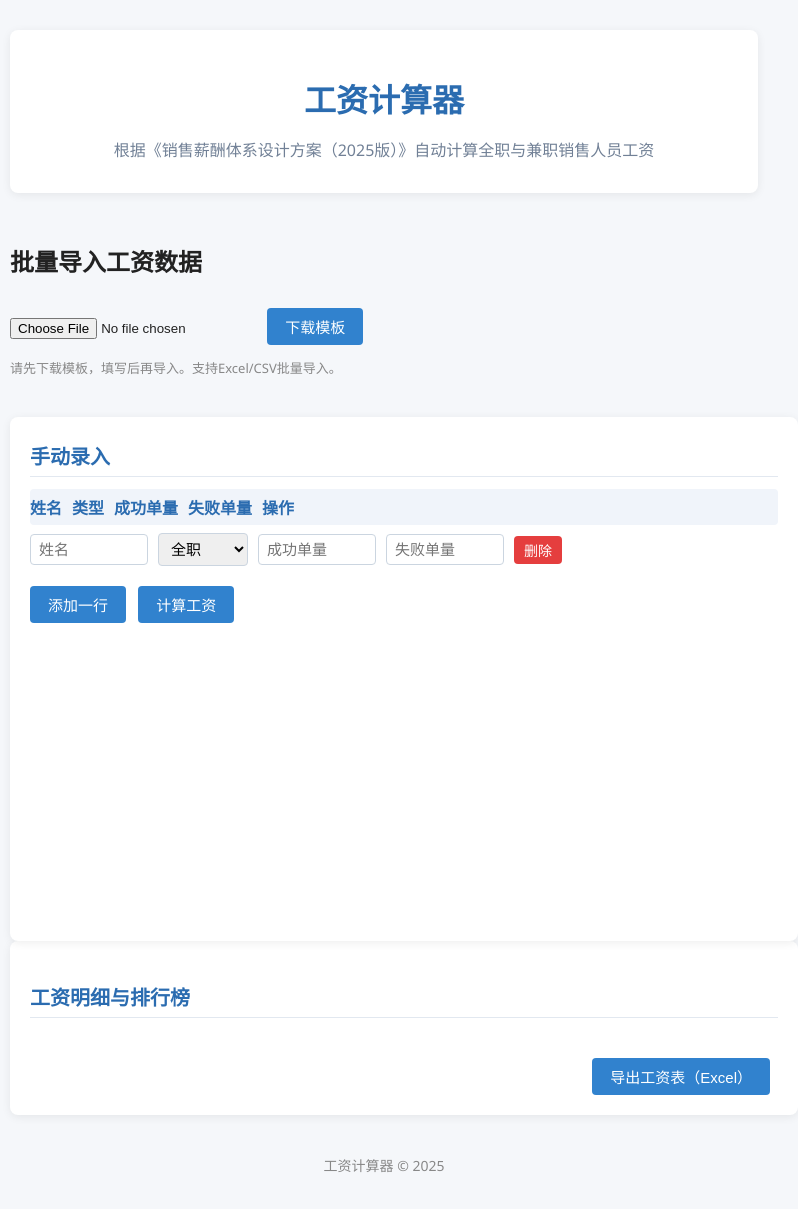
Repository: cuijianjun/ai_generate
Page: index.html
An editor plug-in stored every save of this project. The page is shown before and after a run of saves, followed by the edit.
The browser window is 768 px wide. The page is 798 px wide, so the pictures cover 798 px, including what lies to the right of the window. The pictures show the whole page.

Above is the page before, as saved 2025-05-11 22:03:35.

After the next 2 saves:
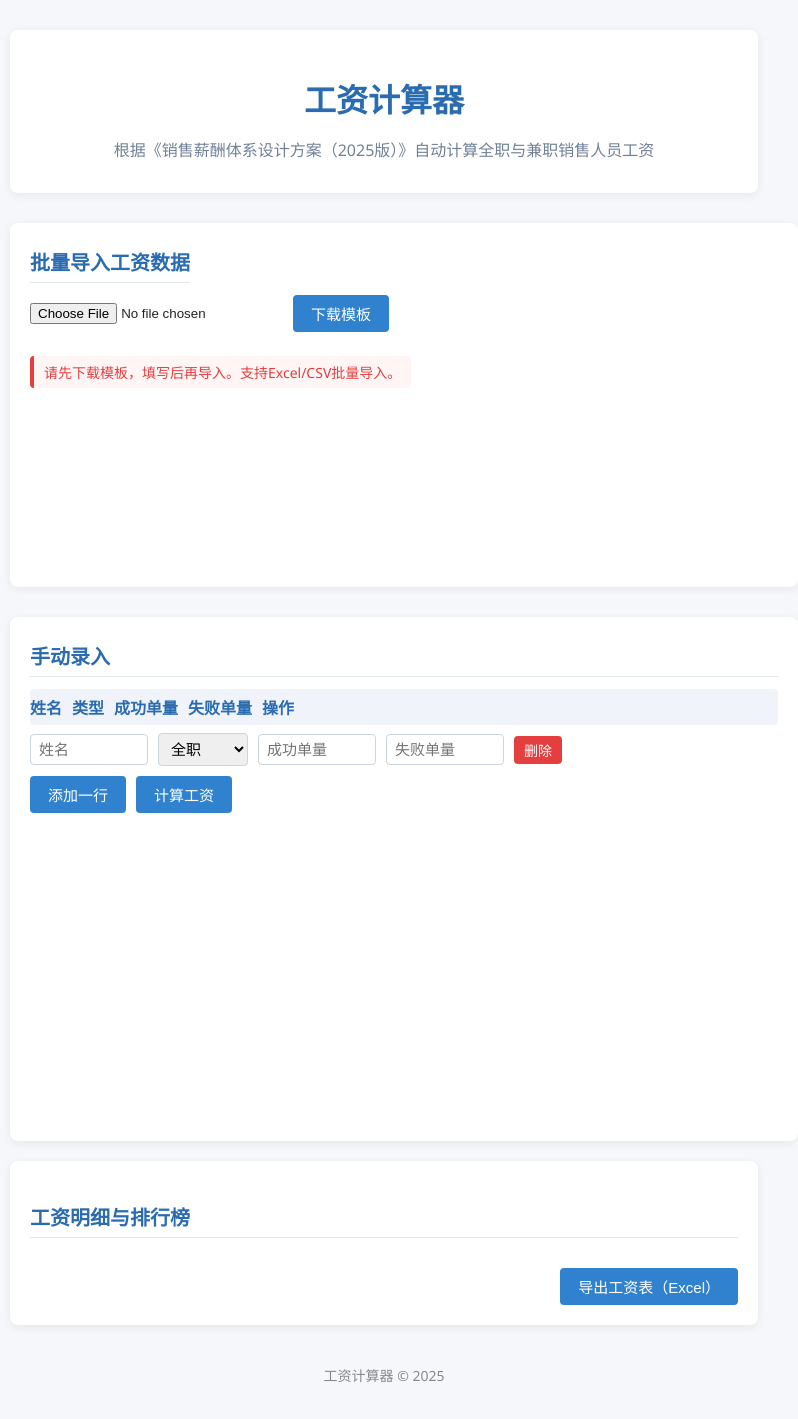
The 2 saves are shown as one change because they came seconds apart.
The last was saved 55 s later.
--- a/styles.css
+++ b/styles.css
@@ -27,32 +27,63 @@ header p {
   color: #718096;
   font-size: 16px;
 }
-main {
+.main-flex {
   display: flex;
   flex-wrap: wrap;
   gap: 30px;
-}
-.input-section,
-.result-section {
+  margin-bottom: 20px;
+}
+.import-section {
   background: #fff;
   border-radius: 8px;
   box-shadow: 0 2px 10px rgba(0, 0, 0, 0.07);
   padding: 24px 20px 20px 20px;
-  flex: 1 1 480px;
-  min-width: 340px;
-}
-.input-section h2 {
-  margin-top: 0;
+  flex: 0 1 320px;
+  min-width: 260px;
+  max-width: 350px;
+  display: flex;
+  flex-direction: column;
+  align-items: flex-start;
+  justify-content: flex-start;
+}
+.import-section h2 {
   color: #2b6cb0;
   font-size: 20px;
   border-bottom: 1px solid #e2e8f0;
   padding-bottom: 6px;
   margin-bottom: 12px;
+  margin-top: 0;
+}
+.import-btns {
+  display: flex;
+  gap: 10px;
+  margin-bottom: 10px;
+  align-items: center;
+}
+.input-section {
+  background: #fff;
+  border-radius: 8px;
+  box-shadow: 0 2px 10px rgba(0, 0, 0, 0.07);
+  padding: 24px 20px 20px 20px;
+  flex: 1 1 480px;
+  min-width: 340px;
+}
+.input-section h2 {
+  margin-top: 0;
+  color: #2b6cb0;
+  font-size: 20px;
+  border-bottom: 1px solid #e2e8f0;
+  padding-bottom: 6px;
+  margin-bottom: 12px;
 }
 .tip {
-  color: #888;
-  font-size: 13px;
-  margin-bottom: 10px;
+  color: #e53e3e;
+  font-size: 14px;
+  margin-bottom: 10px;
+  background: #fff5f5;
+  border-left: 4px solid #e53e3e;
+  padding: 6px 10px;
+  border-radius: 4px;
 }
 .form-table {
   width: 100%;
@@ -91,6 +122,11 @@ main {
   cursor: pointer;
   font-size: 14px;
 }
+.form-btns {
+  display: flex;
+  gap: 10px;
+  margin-top: 8px;
+}
 .primary-btn {
   background: #3182ce;
   color: #fff;
@@ -98,8 +134,8 @@ main {
   border-radius: 4px;
   padding: 8px 18px;
   font-size: 15px;
-  margin-right: 8px;
-  margin-top: 10px;
+  margin-right: 0;
+  margin-top: 0;
   cursor: pointer;
   transition: background 0.2s;
 }
@@ -109,6 +145,13 @@ main {
 .export-btns {
   margin-top: 18px;
   text-align: right;
+}
+.result-section {
+  background: #fff;
+  border-radius: 8px;
+  box-shadow: 0 2px 10px rgba(0, 0, 0, 0.07);
+  padding: 24px 20px 20px 20px;
+  margin-top: 20px;
 }
 .result-section h2 {
   color: #2b6cb0;
@@ -153,12 +196,13 @@ footer {
   padding-bottom: 10px;
 }
 @media (max-width: 900px) {
-  main {
+  .main-flex {
     flex-direction: column;
   }
-  .input-section,
-  .result-section {
+  .import-section,
+  .input-section {
     min-width: 0;
     width: 100%;
+    max-width: 100%;
   }
 }
